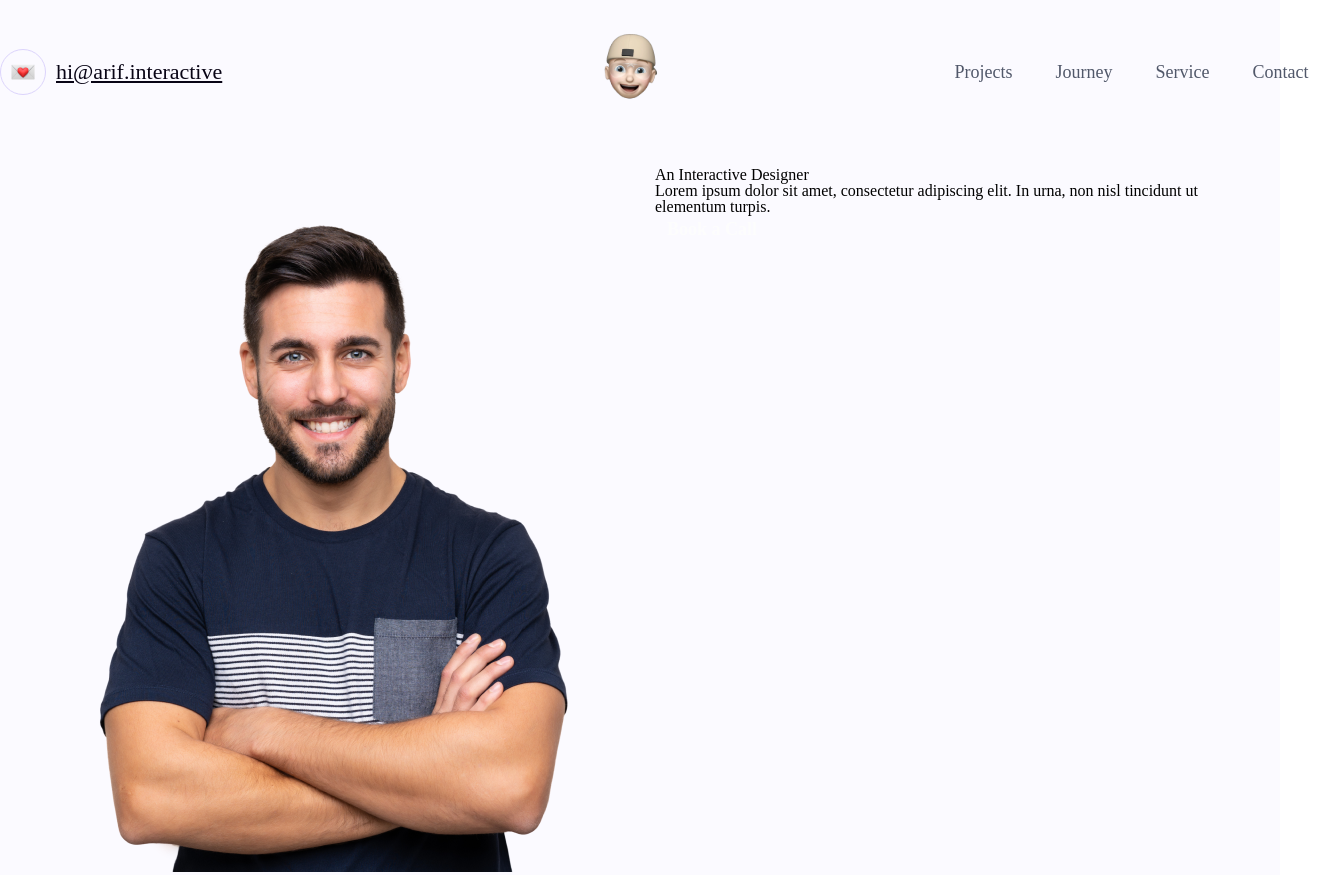
Repository: trantangtuan/project-06-grid-system12column-demo
Page: index.html
An editor plug-in stored every save of this project. The page is shown before and after the next save, followed by the edit.
The browser window is 1280 px wide. The page is 1330 px wide, so the pictures cover 1330 px, including what lies to the right of the window. The pictures show the whole page.

Above is the page before, as saved 2024-07-12 20:58:10.

After the next save:
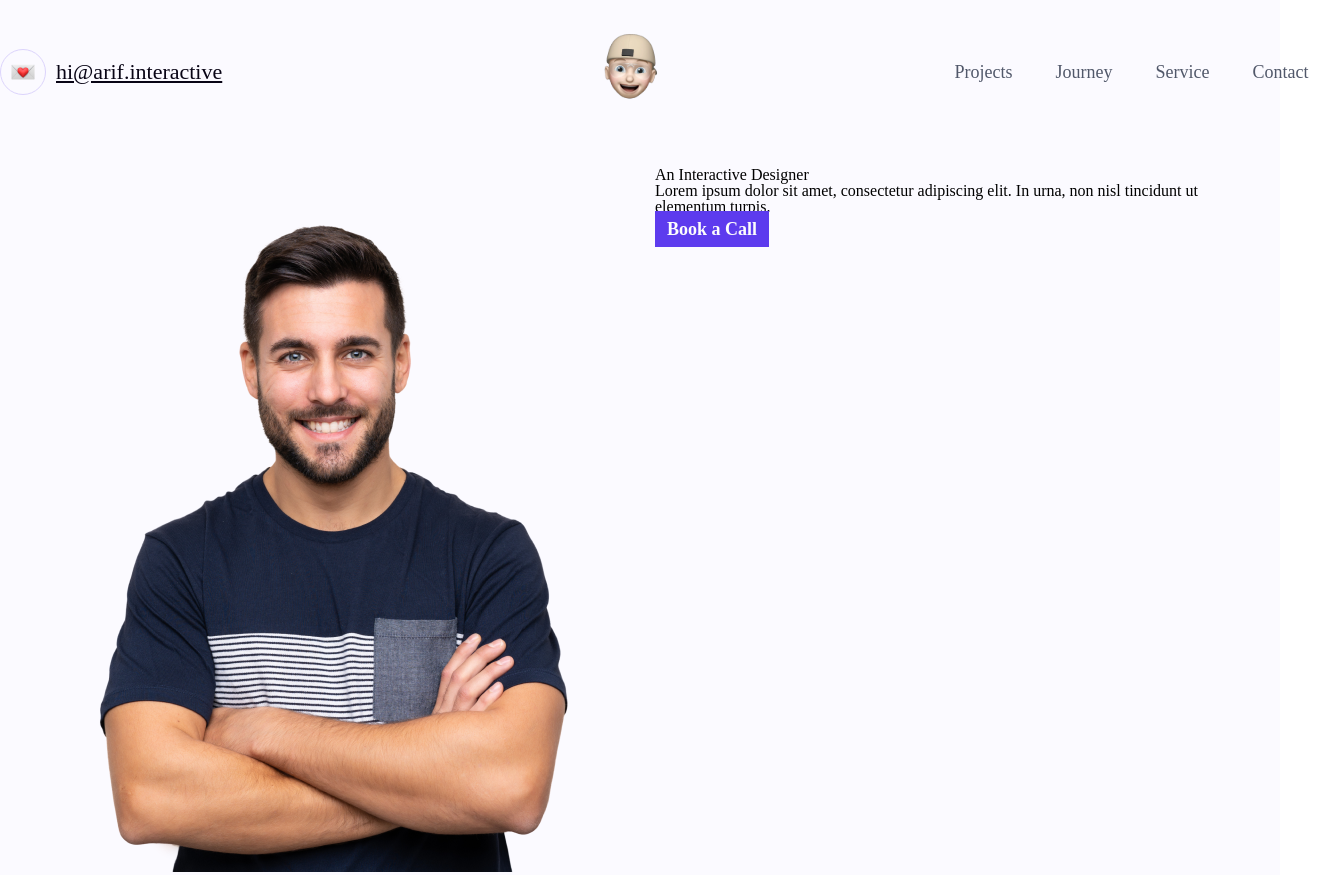
Saved 20 s later.
--- a/assets/css/style.css
+++ b/assets/css/style.css
@@ -36,6 +36,7 @@ a {
 .btn {
   height: 62px;
   min-width: 170px;
+  background-color: var(--primary-color);
   padding: 8px 12px;
   color: #fdfdfd;
   font-size: 1.8rem;
